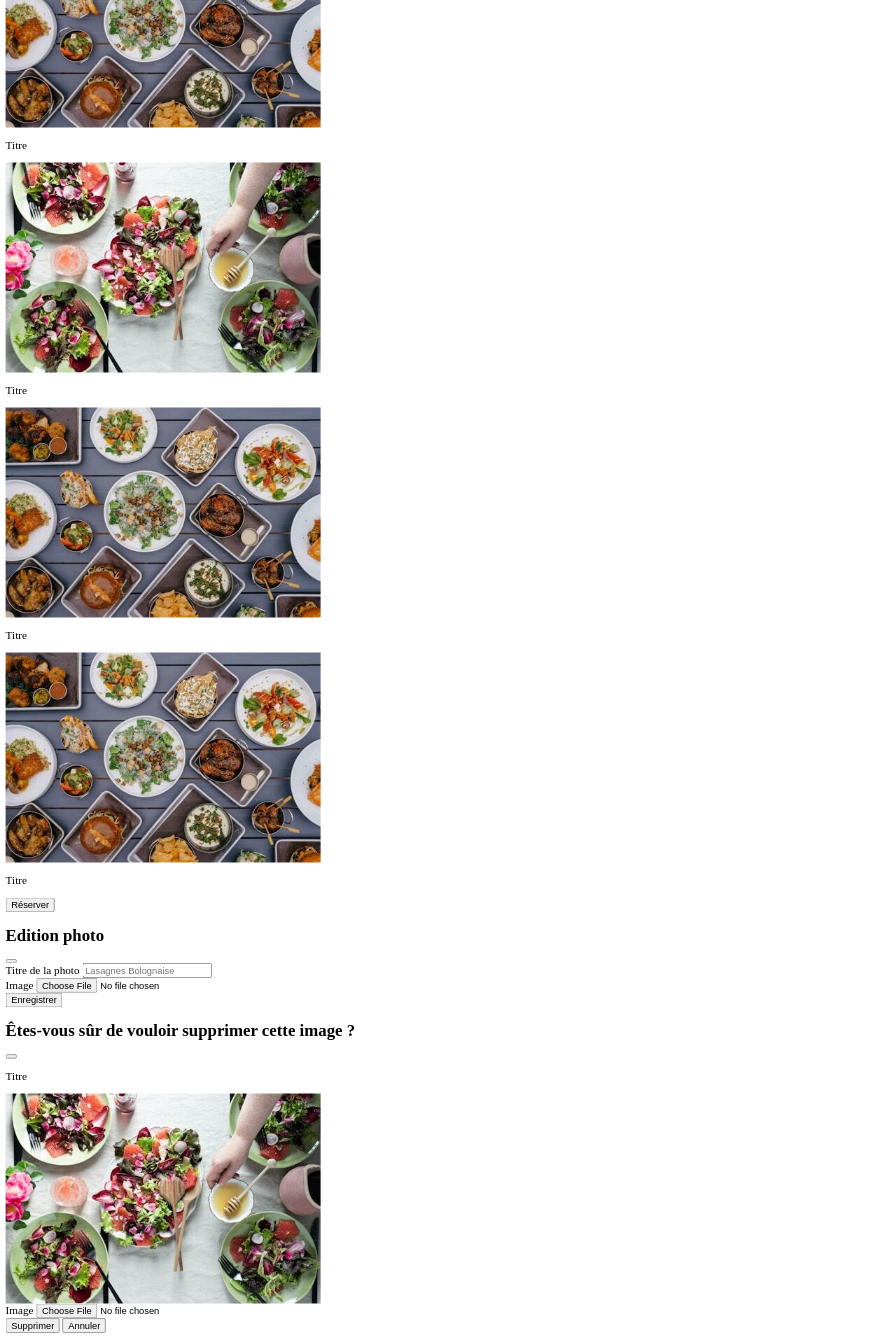
Repository: lemonhao9/QuaiAntiqueRestaurantFront
Page: pages/galerie.html
These files come from the project's save history. The page is drawn as it stood at one moment and after the next save; the edit follows.
The browser window is 1280 px wide. The pictures show the part of the page from y = 923 to 2843 px (the page is 2843 px tall before and 2822 px after), at 70% of full size.

Above is the page before, as saved 2025-01-24 15:05:44.

After the next save:
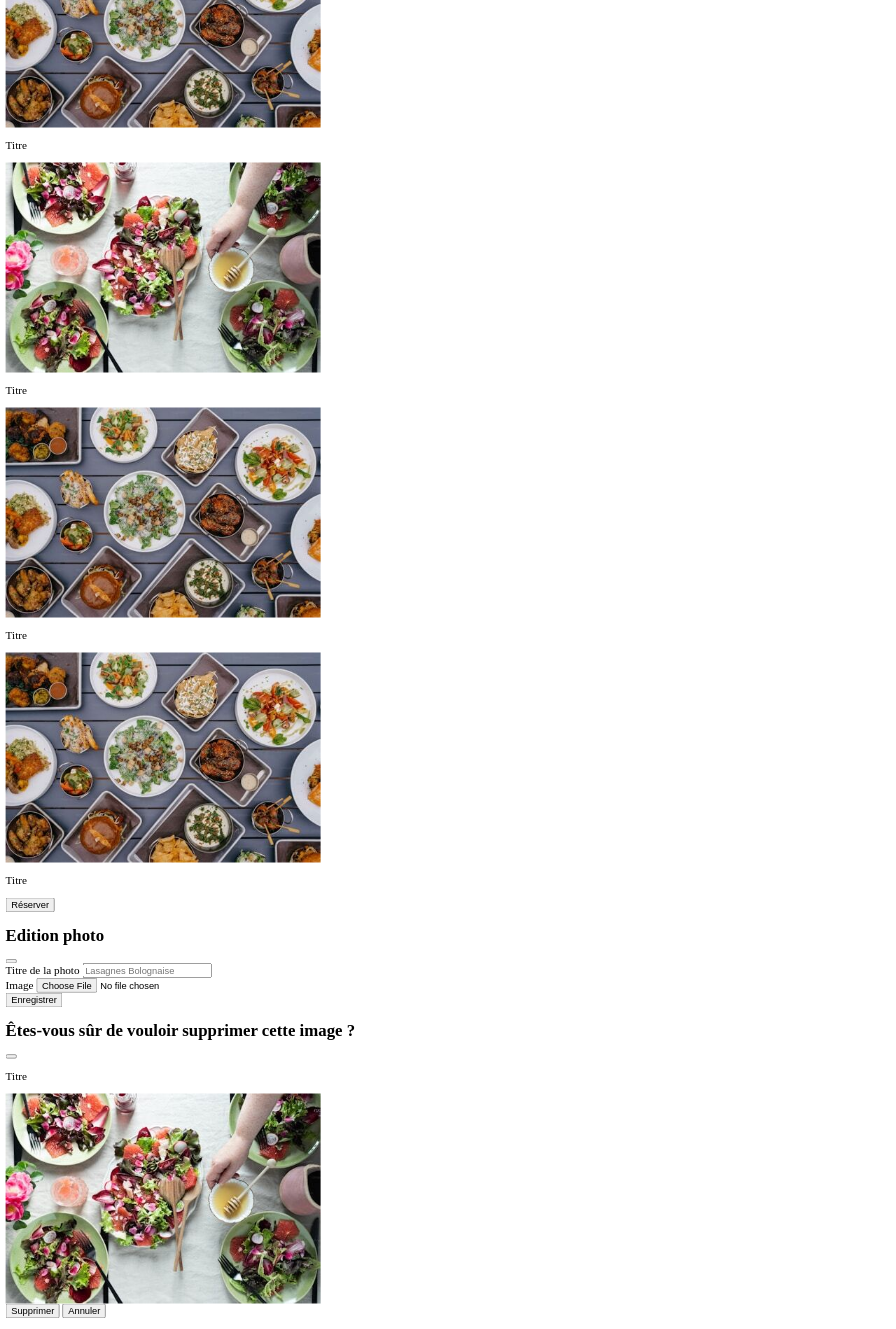
Saved 115 s later.
--- a/pages/galerie.html
+++ b/pages/galerie.html
@@ -96,13 +96,9 @@
                   <p>Titre</p>
                   <img src="../images/platGalerie5.jpg" alt="platGalerie1" class="rounded w-100">
                 </div>
-                <div class="mb-3">
-                  <label for="ImageInput" class="form-label">Image</label>
-                  <input type="file" class="form-control" id="ImageInput" name="Image">
-                </div>
                 <div class="text-center">
-                    <button type="submit" class="btn btn-danger">Supprimer</button>
-                    <button type="submit" class="btn btn-secondary" data-bs-dismiss="modal">Annuler</button>
+                    <button type="button" class="btn btn-danger">Supprimer</button>
+                    <button type="button" class="btn btn-secondary" data-bs-dismiss="modal">Annuler</button>
                 </div>
             </form>
         </div>
